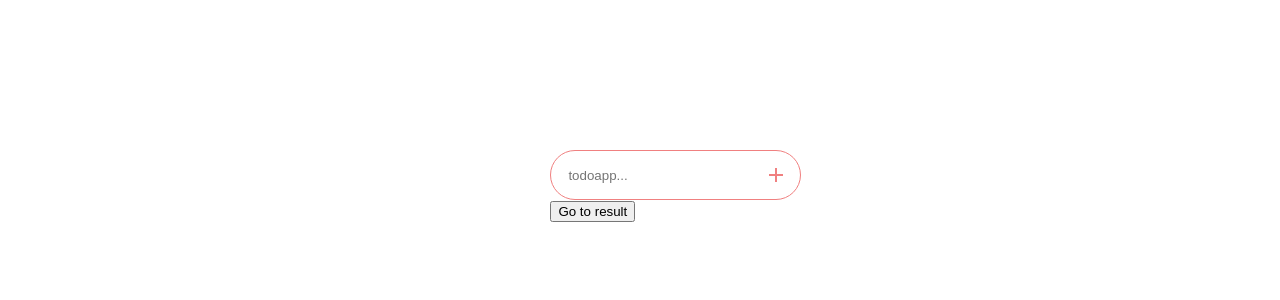
Repository: ehabmelhem/React-Redux--todoapp
Page: / (app in todoapp/)
An editor plug-in stored every save of this project. The page is shown before and after a run of saves, followed by the edit.
The browser window is 1280 px wide. The pictures show the whole page.
The project was rebuilt for these pictures with package versions that can differ from the ones it lists, and the page was loaded fresh each time. Imported but missing from the stored project, and not drawn on this page: todoapp/src/redux/reducers.

Above is the page before, as saved 2021-01-30 18:19:38.

### todoapp/src/index.js
import React from "react";
import ReactDOM from "react-dom";
import "./index.css";
import App from "./App";
import reportWebVitals from "./reportWebVitals";
import { Provider } from "react-redux";
import store from "./redux/store";
ReactDOM.render(
  <React.StrictMode>
    {/* <Provider store={store}> */}
    <App />
    {/* </Provider> */}
  </React.StrictMode>,
  document.getElementById("root")
);

// If you want to start measuring performance in your app, pass a function
// to log results (for example: reportWebVitals(console.log))
// or send to an analytics endpoint. Learn more: https://bit.ly/CRA-vitals
reportWebVitals();

### todoapp/src/App.js
import "./App.css";
import IconButton from "@material-ui/core/IconButton";
import AddIcon from "@material-ui/icons/Add";
function App() {
  const clickhandler = (e) => {
    e.preventDefault();
  };
  return (
    <div className="app">
      <div className="container">
        <form className="flex">
          <input autoFocus placeholder="todoapp..." type="text" />
          <IconButton onClick={clickhandler} type="submit" className="addbtn">
            <AddIcon />
          </IconButton>
        </form>
        <button className="btn">Go to result</button>
      </div>
    </div>
  );
}

export default App;

### todoapp/src/App.css
.addbtn {
  color: lightcoral !important;
}
.container {
  margin-left: 43vw;
  margin-top: 150px;
}
.flex {
  width: fit-content;
  border: 1px solid lightcoral;
  display: flex;
  align-items: center;
  border-radius: 999px;
}
.flex > input {
  margin-left: 10px;
  padding: 7px;
  border: none;
  outline: none;
}
.btn{

}

Loaded but not shown: todoapp/public/index.html (common file); todoapp/src/index.css (common file); todoapp/src/reportWebVitals.js (common file); todoapp/src/redux/store.js (common file)

After the next 5 saves:
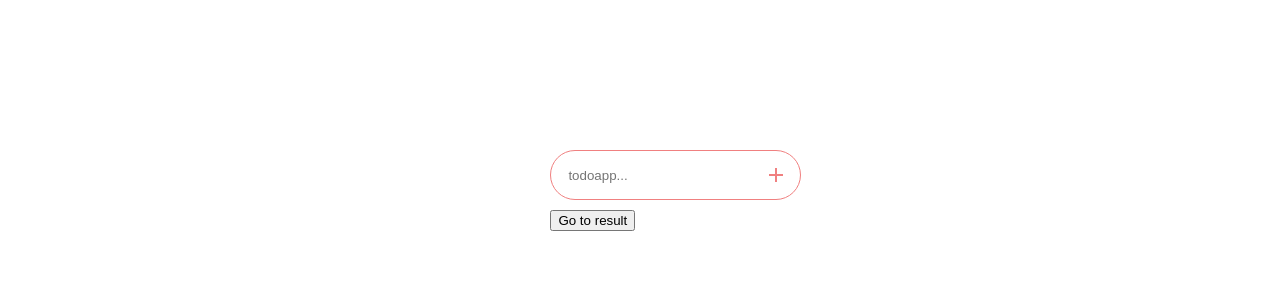
The 5 saves are shown as one change because they came seconds apart.
The last was saved 11 s later.
--- a/todoapp/src/App.css
+++ b/todoapp/src/App.css
@@ -18,6 +18,7 @@
   border: none;
   outline: none;
 }
-.btn{
+.btn {
+  margin-top: 10px;
 
 }

After the 3 saves that followed:
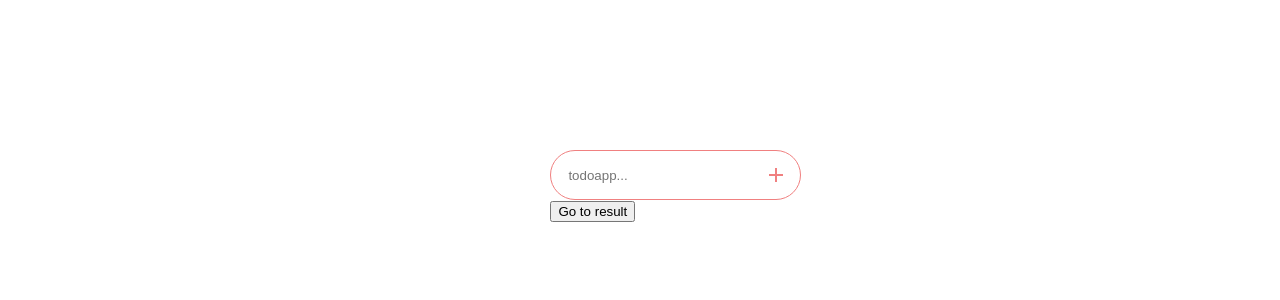
The 3 saves are shown as one change because they came seconds apart.
The last was saved 11 s later.
--- a/todoapp/src/App.css
+++ b/todoapp/src/App.css
@@ -20,5 +20,6 @@
 }
 .btn {
   margin-top: 10px;
-
+  width: fit-content;
+  margin: 0 auto;
 }
